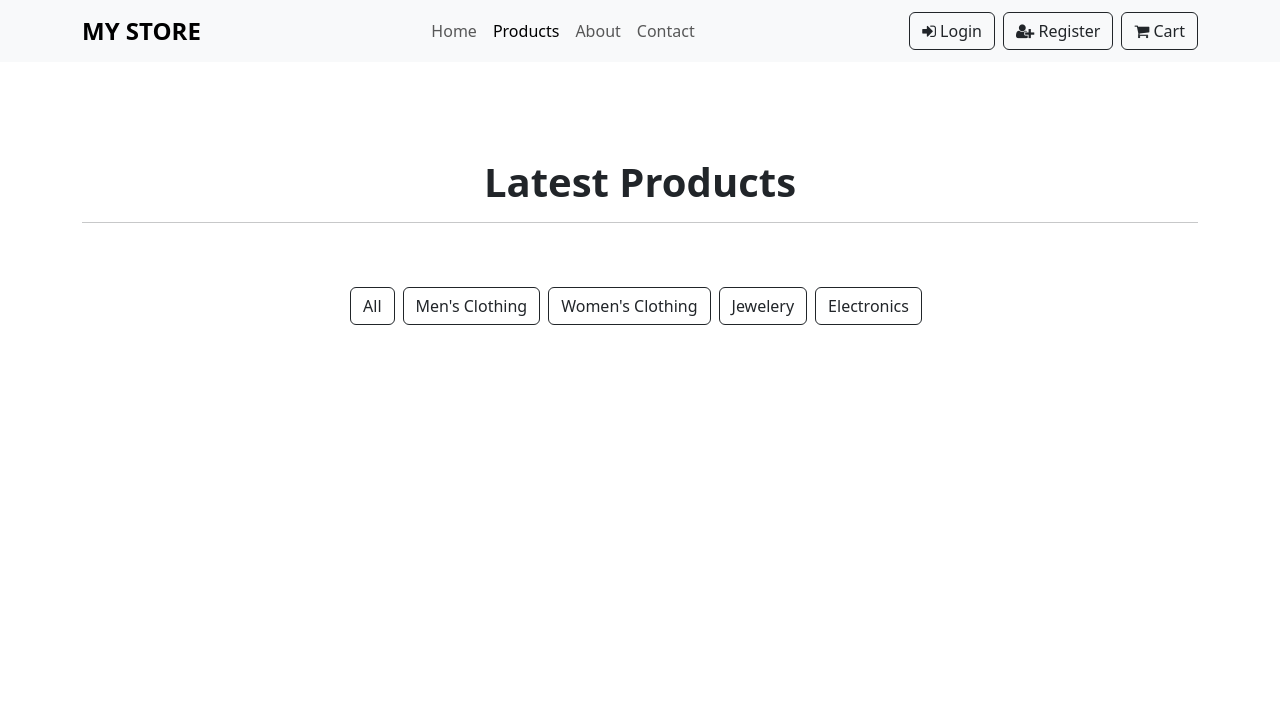
Repository: asad3407886839/E-commerce-Store
Page: /products (app in vite-project/)
An editor plug-in stored every save of this project. The page is shown before and after the next save, followed by the edit.
The browser window is 1280 px wide. The pictures show the whole page.
The page's requests for data from a server got no answer. The project was rebuilt for these pictures with package versions that can differ from the ones it lists, and the page was loaded fresh each time. No one was signed in, and anything a server would have sent is missing. Also part of the build but not shown: vite-project/vite.config.js, vite-project/src/components/Home.jsx, vite-project/src/components/Product.jsx, vite-project/src/index.css.

Above is the page before, as saved 2024-06-30 00:57:18.

### vite-project/src/main.jsx
import React from 'react';
import ReactDOM from 'react-dom/client';
import App from './App.jsx';
import './index.css';
import 'bootstrap/dist/css/bootstrap.min.css';
import 'bootstrap/dist/js/bootstrap.bundle';
import 'font-awesome/css/font-awesome.min.css';


ReactDOM.createRoot(document.getElementById('root')).render(

    <App />

);

### vite-project/src/App.jsx
// App.js
import React from 'react';
import Navbar from './components/Navbar';
import Home from './components/Home';
import Products from './components/Products';
import Product from './components/Product';
import { BrowserRouter, Routes, Route } from 'react-router-dom';

const App = () => {
  return (
    <div>
      <BrowserRouter>
        <Navbar />
        <Routes>
          <Route path="/" element={<Home />} />
          <Route path="/products" element={<Products />} />
          <Route path="/products/:id" element={<Product />} />
        </Routes>
      </BrowserRouter>
    </div>
  );
};

export default App;

### vite-project/src/components/Navbar.jsx
import React from 'react';
import { NavLink } from 'react-router-dom';

const Navbar = () => {
  return (
    <div>
      <nav className="navbar navbar-expand-lg navbar-light bg-light">
        <div className="container">
          <NavLink className="navbar-brand fw-bold fs-4" to="/">MY STORE</NavLink>
          <button
            className="navbar-toggler"
            type="button"
            data-bs-toggle="collapse"
            data-bs-target="#navbarSupportedContent"
            aria-controls="navbarSupportedContent"
            aria-expanded="false"
            aria-label="Toggle navigation"
          >
            <span className="navbar-toggler-icon"></span>
          </button>
          <div className="collapse navbar-collapse" id="navbarSupportedContent">
            <ul className="navbar-nav mx-auto mb-2 mb-lg-0">
              <li className="nav-item">
                <NavLink className="nav-link" exact to="/">Home</NavLink>
              </li>
              <li className="nav-item">
                <NavLink className="nav-link" to="/products">Products</NavLink>
              </li>
              <li className="nav-item">
                <NavLink className="nav-link" to="/about">About</NavLink>
              </li>
              <li className="nav-item">
                <NavLink className="nav-link" to="/contact">Contact</NavLink>
              </li>
            </ul>
            <div className="buttons">
              <NavLink to="/login" className="btn btn-outline-dark">
                <i className="fa fa-sign-in"></i> Login
              </NavLink>
              <NavLink to="/register" className="btn btn-outline-dark ms-2">
                <i className="fa fa-user-plus"></i> Register
              </NavLink>
              <NavLink to="/cart" className="btn btn-outline-dark ms-2">
                <i className="fa fa-shopping-cart"></i> Cart
              </NavLink>
            </div>
          </div>
        </div>
      </nav>
    </div>
  );
};

export default Navbar;

### vite-project/src/components/Products.jsx
import React, { useState, useEffect } from 'react';
import { Link } from 'react-router-dom';

const Products = () => {
  const [data, setData] = useState([]);
  const [filter, setFilter] = useState([]);
  const [loading, setLoading] = useState(false);
  let componentMounted = true;

  useEffect(() => {
    const fetchProducts = async () => {
      setLoading(true);
      try {
        const response = await fetch('https://fakestoreapi.com/products');
        const result = await response.json();
        if (componentMounted) {
          setData(result);
          setFilter(result);
          setLoading(false);
        }
      } catch (error) {
        console.error("Error fetching data:", error);
        setLoading(false);
      }
    };

    fetchProducts();

    return () => {
      componentMounted = false;
    };
  }, []);

  if (loading) {
    return <div>Loading...</div>;
  }

  const showProducts = () => {
    return (
      <>
        <div className="buttons d-flex justify-content-center mb-5 pb-5">
          <button className="btn btn-outline-dark me-2" onClick={() => setFilter(data)}>All</button>
          <button className="btn btn-outline-dark me-2" onClick={() => setFilter(data.filter(product => product.category === 'men\'s clothing'))}>Men's Clothing</button>
          <button className="btn btn-outline-dark me-2" onClick={() => setFilter(data.filter(product => product.category === 'women\'s clothing'))}>Women's Clothing</button>
          <button className="btn btn-outline-dark me-2" onClick={() => setFilter(data.filter(product => product.category === 'jewelery'))}>Jewelery</button>
          <button className="btn btn-outline-dark me-2" onClick={() => setFilter(data.filter(product => product.category === 'electronics'))}>Electronics</button>
        </div>
        <div className="row">
          {filter.map((product) => (
            <div className="col-md-3 mb-4" key={product.id}>
              <div className="card h-100 text-center p-3 fw-bolder">
                <img
                  src={product.image}
                  className="card-img-top"
                  alt={product.title}
                  height="250px"
                />
                <div className="card-body">
                  <h5 className="card-title">{product.title}</h5>
                  <p className="card-text">${product.price}</p>
                  <Link to={`/products/${product.id}`} className="btn btn-outline-dark ms-2">
                    Buy Now
                  </Link>
                </div>
              </div>
            </div>
          ))}
        </div>
      </>
    );
  };

  return (
    <div className="container my-5 py-5">
      <div className="row">
        <div className="col-12 mb-5">
          <h1 className="display-6 fw-bolder text-center">Latest Products</h1>
          <hr />
        </div>
      </div>
      <div className="row justify-content-center">
        {showProducts()}
      </div>
    </div>
  );
};

export default Products;

### vite-project/src/components/Footer.jsx
// components/Footer.js
import React from 'react';
import { Link } from 'react-router-dom';

const Footer = () => {
  return (
    <footer className="bg-dark text-light py-4">
      <div className="container">
        <div className="row">
          <div className="col-md-3 mb-3">
            <h5>Company Name</h5>
            <p>A brief description of the company.</p>
          </div>
          <div className="col-md-3 mb-3">
            <h5>Quick Links</h5>
            <ul className="list-unstyled">
              <li><Link to="/">Home</Link></li>
              <li><Link to="/products">Products</Link></li>
              <li><Link to="/about">About Us</Link></li>
              <li><Link to="/contact">Contact Us</Link></li>
            </ul>
          </div>
          <div className="col-md-3 mb-3">
            <h5>Customer Service</h5>
            <ul className="list-unstyled">
              <li><Link to="/faq">FAQ</Link></li>
              <li><Link to="/shipping">Shipping Information</Link></li>
              <li><Link to="/returns">Returns & Refunds</Link></li>
            </ul>
          </div>
          <div className="col-md-3 mb-3">
            <h5>Contact Us</h5>
            <p>123 Street, City, Country<br />Phone: +123456789<br />Email: info@example.com</p>
            <ul className="list-unstyled list-inline">
              <li className="list-inline-item"><a href="#"><i className="fa fa-facebook"></i></a></li>
              <li className="list-inline-item"><a href="#"><i className="fa fa-twitter"></i></a></li>
              <li className="list-inline-item"><a href="#"><i className="fa fa-instagram"></i></a></li>
            </ul>
          </div>
        </div>
      </div>
    </footer>
  );
};

export default Footer;

Loaded but not shown: vite-project/index.html (common file)

After the next save:
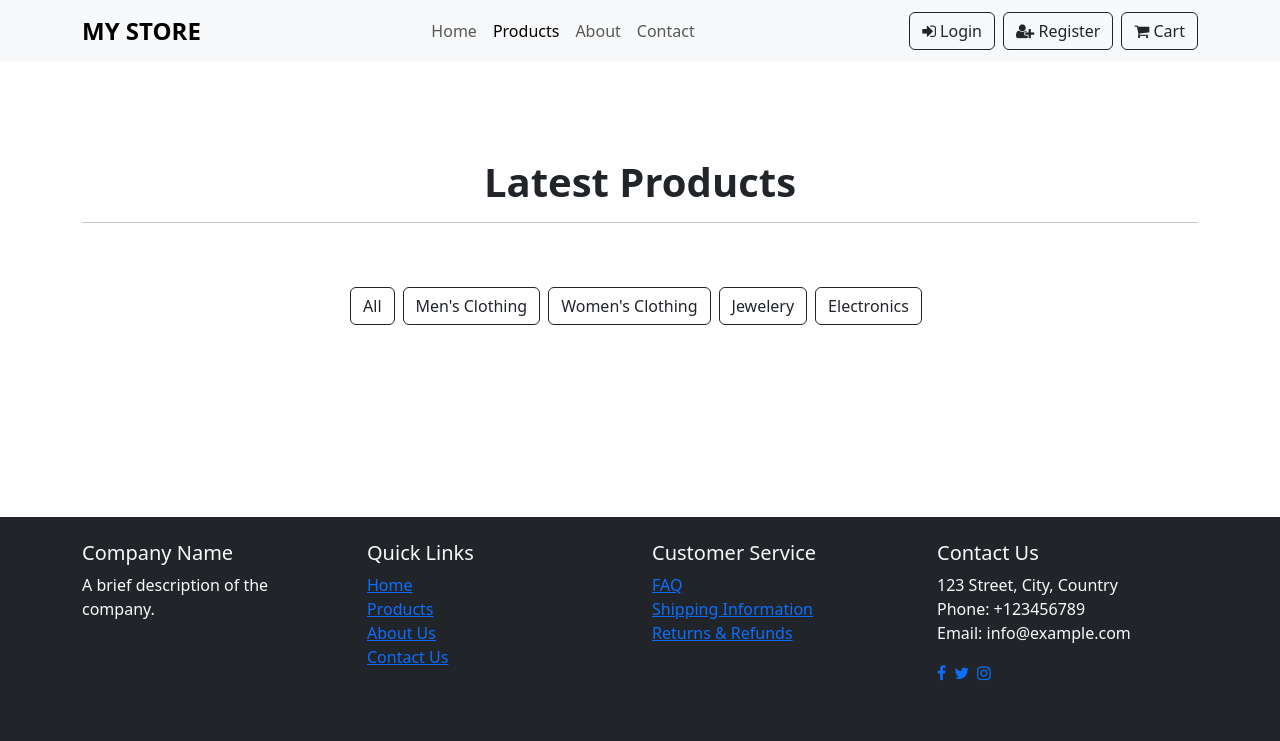
Saved 12 s later.
--- a/vite-project/src/App.jsx
+++ b/vite-project/src/App.jsx
@@ -5,6 +5,7 @@ import Home from './components/Home';
 import Products from './components/Products';
 import Product from './components/Product';
 import { BrowserRouter, Routes, Route } from 'react-router-dom';
+import Footer from './components/Footer';
 
 const App = () => {
   return (
@@ -16,6 +17,7 @@ const App = () => {
           <Route path="/products" element={<Products />} />
           <Route path="/products/:id" element={<Product />} />
         </Routes>
+        <Footer/>
       </BrowserRouter>
     </div>
   );
